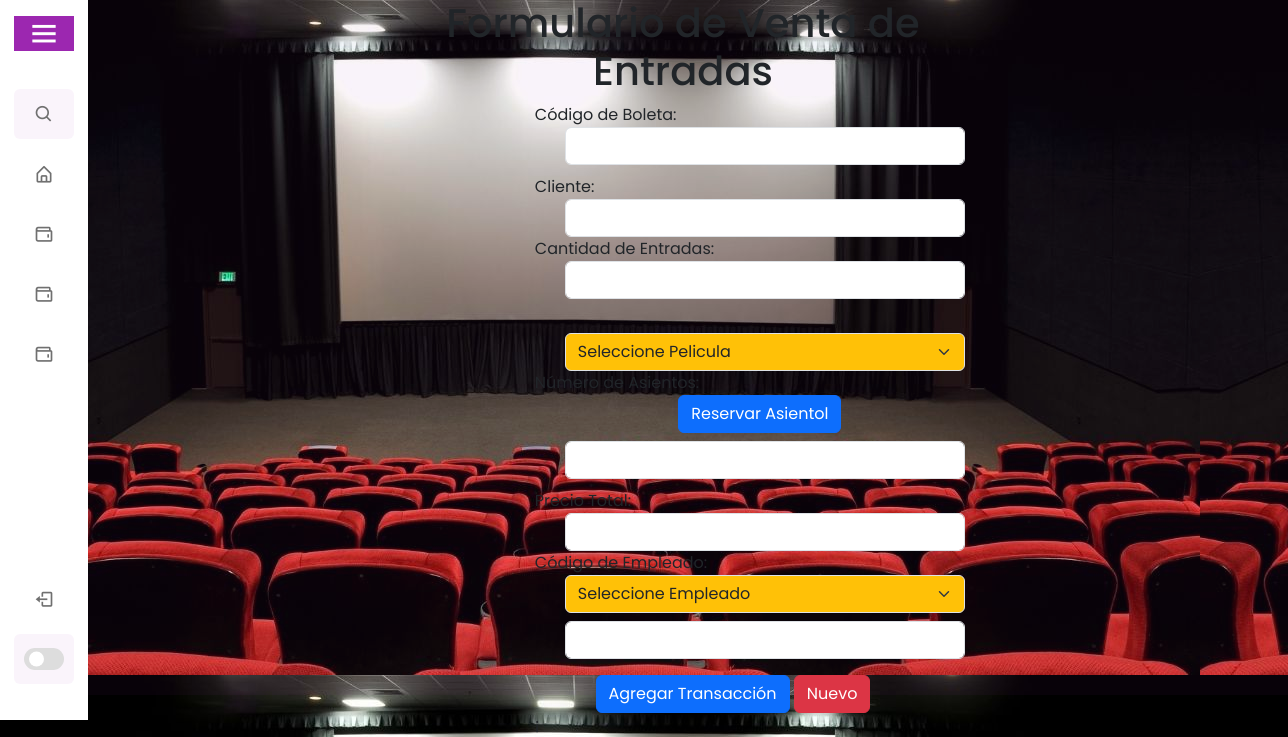
Repository: JersonRLP/ProyectoWebJSP
Page: http://localhost/CineHome/FrmRegistrarBoleta.jsp
An editor plug-in stored every save of this project. The page is shown before and after the next save, followed by the edit.
The browser window is 1280 px wide. The page is 1288 px wide, so the pictures cover 1288 px, including what lies to the right of the window. The pictures show the whole page.
The page is served by Tomcat 9. Other server files are loaded and not shown. The template is opened directly, without the code that normally fills it, so the values that code supplies are empty.

Above is the page before, as saved 2024-10-31 16:22:43.

### CineHome/WebContent/FrmRegistrarBoleta.jsp
<%@ include file="MenuPrincipal.jsp" %>
<%@ page language="java" contentType="text/html; charset=UTF-8"
    pageEncoding="UTF-8"%>
<%@taglib uri="http://java.sun.com/jsp/jstl/core"  prefix="c"%>
<!DOCTYPE html PUBLIC "-//W3C//DTD HTML 4.01 Transitional//EN" "http://www.w3.org/TR/html4/loose.dtd">
<html>
<head>
<meta http-equiv="Content-Type" content="text/html; charset=UTF-8">
<title>Insert title here</title>
<!-- para bootstrap 5 -->
	<link href="https://cdn.jsdelivr.net/npm/bootstrap@5.3.2/dist/css/bootstrap.min.css" rel="stylesheet">
    <script src="https://cdn.jsdelivr.net/npm/bootstrap@5.3.2/dist/js/bootstrap.bundle.min.js"></script>
    <script src="https://cdn.jsdelivr.net/npm/@popperjs/core@2.11.8/dist/umd/popper.min.js"></script>
    <script src="https://cdn.jsdelivr.net/npm/bootstrap@5.3.2/dist/js/bootstrap.min.js"></script>

    <script src="https://code.jquery.com/jquery-3.7.1.min.js"></script>
	<link href="Estilos/registrarboleta.css">
</head>

<body >
<section class="home" id="content">
  <div class="container" style ="width:43%; ">
    <h1 class="text-center mt-4">Formulario de Venta de Entradas</h1>
    <form action="ControladorBoleta" method="post" style="margin-left:100px;">
      <div class="row">
        <div class="form-group col-md-6" >
         <label for="codboleta">Código de Boleta:</label>
			<input type="text" class="form-control" id="codboleta" name="codboleta" value="${nuevoCodigoBoleta}" readonly required style="width:400px; margin-left:30px;">

        </div>

        <div class="form-group col-md-6">
          <label for="cliente">Cliente:</label>
          <input type="text" class="form-control" id="cliente" name="cliente" required	style="width:400px; margin-left:30px;">
        </div>
      </div>

      <div class="row">
        <div class="form-group col-md-6">
          <label for="cantentra">Cantidad de Entradas:</label>
          <input type="number" class="form-control" id="cantentra" name="cantentra" readonly required style="width:400px; margin-left:30px;">
        </div>

        <div class="form-group col-md-6 mt-4">

          <select name="idpelicula" class="form-select bg-warning" style="width:400px; margin-left:30px;">
			<option value="zz">Seleccione Pelicula</option>
			<c:forEach var="peli" items="${ListadoPeliculas}">
			<option value='<c:out value="${peli.idpelicula}"></c:out>'>
			<c:out value="${peli.nompelicula}"></c:out></option>
			</c:forEach>

			</select>
			<input type="hidden" name="nombrePelicula" value="">

        </div>
      </div>

      <div class="row">
        <div class="form-group col-md-6">
          <label for="nroasientos">Número de Asientos:</label>
          <div class="text-center" style="width: 450px;"><button type="button" class="btn btn-primary btnModal mb-2"   >Reservar Asientol</button></div>
          <input type="text" class="form-control" id="nroasientos" name="nroasientos" readonly required style="width:400px; margin-left:30px;">
        </div>

        <div class="form-group col-md-6">
          <label for="preciotot">Precio Total:</label>
          <input type="number" class="form-control" id="preciotot" name="preciotot" required style="width:400px; margin-left:30px;">
        </div>
      </div>

      <div class="form-group col-md-6">
        <label for="codigoemp">Código de Empleado:</label>

         <select name="codigoemp" class="form-select bg-warning" id="codigoemp" required style="width:400px; margin-left:30px;">
			<option value="zz">Seleccione Empleado</option>
			<c:forEach var="emp" items="${ListadoEmpleados}">
			<option value='<c:out value="${emp.codigoemp}"></c:out>'>
			<c:out value="${emp.nomemp}"></c:out></option>
			</c:forEach>

			</select>
      </div>
      <div class= "mt-2" style="width :200px;">
      <input type="text" class="form-control" name ="idemp" readonly style="width:400px; margin-left:30px;">
      </div>
	<div class="text-center	">

      <button type="submit" class="btn btn-primary mt-3">Agregar Transacción</button>
      <a href="ControladorPelicula?action=ListadoPelicula" class="btn btn-danger mt-3">Nuevo</a>


    </div>

<div class="modal fade" id="eliminarModal" tabindex="-1" aria-labelledby="eliminarModalLabel" aria-hidden="true">
    <div class="modal-dialog modal-lg">
        <div class="modal-content custom-modal" >
            <div class="modal-header" >
                <link rel="stylesheet" href="Estilos/cine.css">
                <script src="js/cine.js"></script>
                <button type="button" class="btn-close" data-bs-dismiss="modal" aria-label="Close"></button>
            </div>
            <div class="cinema-container" id="cinema-container" >
                <!-- Filas y asientos se generarán dinámicamente aquí -->
            </div>

            <div id="selected-seat-info" class="custom-seat-info"></div>

            <div>
                <button id="reserve-button" onclick="showReservedSeats()" class="custom-reserve-button">Mostrar Asientos Reservados</button>
            </div>
        </div>
    </div>
</div>

    <script>
		$(document).ready(function(){
			$('.btnModal').on('click',function(){
				$('#eliminarModal').modal('show');

				//console.log(data);

			})
		});




	</script>


¡
<script>
  function ObtenerCodigoSelect() {
    var select = document.getElementsByName("codigoemp")[0];
    var hiddenInput = document.getElementsByName("idemp")[0];

    var selectedOption = select.options[select.selectedIndex];
    if (selectedOption.value !== "zz") {
      hiddenInput.value = selectedOption.value; // Cambiado a selectedOption.value
    } else {
      hiddenInput.value = "";
    }
  }

  // Asociar el evento "change" del select con la función de actualización
  document.getElementsByName("codigoemp")[0].addEventListener("change", ObtenerCodigoSelect);
</script>



    <script>

function actualizarNombrePelicula() {
  var select = document.getElementsByName("idpelicula")[0];
  var hiddenInput = document.getElementsByName("nombrePelicula")[0];

  var selectedOption = select.options[select.selectedIndex];
  if (selectedOption.value !== "zz") {
    hiddenInput.value = selectedOption.innerText;
  } else {
    hiddenInput.value = "";
  }
}

// Asociar el evento "change" del select con la función de actualización
document.getElementsByName("idpelicula")[0].addEventListener("change", actualizarNombrePelicula);
</script>

    </form>
  </div>
  </section>
</body>
</html>

### CineHome/WebContent/MenuPrincipal.jsp
<%@ page language="java" contentType="text/html; charset=UTF-8"
    pageEncoding="UTF-8"%>
<!DOCTYPE html>
<html>
<head>
<meta http-equiv="Content-Type" content="text/html; charset=ISO-8859-1">
<title>Cine Home</title>

<link rel="stylesheet" href="Estilos/EstilosMenu.css">
<link href='https://unpkg.com/boxicons@2.1.4/css/boxicons.min.css' rel='stylesheet'>

</head>

<body>

<nav class="sidebar close">

<header>

<div class="text logo">

<span class="name">MENU</span>


</div>
<i class="bx bx-menu toggle"></i>


</header>


<div class="menu-bar">

<div class="menu">

	<li class="search-box">
	<i class="bx bx-search icon"></i>
	<input type="text" placeholder="Buscar...">

	</li>

	<ul class="menu-links">
		<li class="nav">
		<a href="ControladorPelicula?action=ListadoPelicula">
			<i class="bx bx-home-alt icon"></i>
			<span class="text nav-text">Venta de Entrada</span>
		</a>
		</li>
		<li >
		<a href="ControladorPelicula?action=Listar" class="nav">
			<i class="bx bx-wallet icon"></i>
			<span class="text nav-text">Peliculas</span>
		</a>
		</li>
		<li>
		<a href="ControladorDetalleBoleta?accion=Listado">
			<i class="bx bx-wallet icon"></i>
			<span class="text nav-text">Reportes</span>
		</a>
		</li>
		<li class="nav">

		<a href="#" id="mantenimiento-link" onclick="toggleSubMenu()">
			<i class="bx bx-wallet icon"></i>
			<span class="text nav-text">Mantenimiento</span>
			<i class='bx bx-chevron-down arrow'></i>
		</a>


		<ul class="sub-menu" id="sub-menu">
		<li class="nav"><a href="ControladorEmpleado?accion=NuevoEmp" class="menu-link">
			<span class="text nav-text">Empleados</span>
		</a>
		</li>
		<li class="nav"><a href="ControladorUsuario?accion=Listado" class="menu-link">
		<span class="text nav-text">Login</span>
		</a>
		</li>
		<li class="nav"><a href="FrmRegistrarPelicula.jsp"  class="menu-link">
		<span class="text nav-text">Peliculas</span>
		</a>
		</li>
		</ul >

		</li>
	</ul>

</div>

<div class="botton-content">
<li class="">
<a href="#">
	<i class="bx bx-log-out icon"></i>
	<span class="text nav-text">Salir</span>
</a>
</li>

<li class="mode">
	<div class="sun-moon">
	<i class="bx bx-moon icon"></i>
	<i class="bx bx-sun icon"></i>
	</div>
	<span class="mode-text text">Modo Oscuro</span>
	<div class="toggle-switch">
	<span class="switch"></span>
	</div>
</li>

</div>


</div>



</nav>

<script src="js/codigo.js"></script>


</body>

</html>

### CineHome/WebContent/Estilos/EstilosMenu.css
@import url('https://fonts.googleapis.com/css2?family=Poppins:wght@300;400;500;600;700&display=swap');
*{
	margin:0;
	padding:0;
	box-sizing: border-box;

	font-family: 'Poppins', sans-serif;

}

:root{
	--body-color:#9B27B00D;
	--sidebar-color:#FFFFFF;
	--primary-color:#9C27B0;
	--primary-color-light:#9B27B00D;
	--toggle-color:#DDDDDD;
	--text-color:#707070;

	--tran-03:all 0.2s ease;
	--tran-04:all 0.3s ease;
	--tran-05:all 0.4s ease;
}

body{
	min-height:100vh;
	background-color:var(--body-color);
	transition:var(--tran-05);

}

::selection{
	background-color:var(--primary-color);
	color: #FFFFFF;
}
body.dark{
	--body-color:#18191A;
	--sidebar-color:#242526;
	--primary-color-light:#3A3B3C;
	--toggle-color:#FFFFFF;
	--text-color:#CCCCCC;

}

.sidebar {
	position: fixed;
	top:0;
	left:0;
	height:100%;
	width: 250px;
	padding: 10px 14px;
	background:var(--sidebar-color);
	transition:var(--tran-05);
	z-index:100;
}

.sidebar.close{
	width:88px;
}

.sidebar li{
	height:50px;
	list-style: none;
	display: flex;
	align-items:center;
	margin-top:10px;

}


.sidebar header .image,
.sidebar .icon{
	min-width:60px;
	border-radius:6px;

}

.sidebar .icon{
	min-width:60px;
	border-radius:6px;
	height:100%;
	display:flex;
	align-items:center;
	justify-content:center;
	font-size:20px;
}

.sidebar .text,
.sidebar .icon {
	color: var(--text-color);
	transition:var(--tran-03);
}

.sidebar .text{
	font-size:17px;
	font-weight: 500;
	white-space:nowrap;
	opacity: 1;

}

.sidebar.close .text{
	opacity:0;
}

.sidebar header{
	position: relative;
}

.sidebar header .logo{
	display:flex;
	flex-direction:column;


}
.name{
	margin-top: 2px;
	font-size: 18px;
	font-weight:600;

}
.sidebar header .image {
	display:flex;
	align-items:center;
	justify-content: center;
}
.sidebar header .image img{
	width:40px;
	border-radius:6px;
}

.sidebar header .toggle{
	position : absolute;
	top: 20%;
	right: 0px;
	height: 35px;
	width :35px;
	background-color: var(--primary-color);
	color : var(--sidebar-color);
	display:flex;
	align-items:center;
	justify-content:center;
	font-size:35px;
	cursor:pointer;
	transition: var(--tran-05);

}

body.dark .sidebar header .toggle{
	color: var(--text-color);

}

.sidebar.close .toggle{
	width:100%;
	top:20%;

}

.sidebar .menu{
	margin-top:40px;
}

.sidebar li.search-box{
	border-radius:6px;
	background-color:var(--primary-color-light);
	cursor:pointer;
	transition:var(--tran-05);
}

sidebar li.search-box input{
	height:100%;
	width:100%;
	outline:none;
	border:none;
	background-color:var(--primary-color-light);
	color:var(--text-color);
	border-radius:6px;
	font-size:17px;
	font-weight:500;
	transition:var(--tran-05);
}

.sidebar li a{
	list-style:none;
	height:100%;
	background-color:transparent;
	display:flex;
	align-items: center;
	height:100%;
	width: 100%;
	border-radius:6px;
	text-decoration:none;
	transition:  var(--tran-03);
}

.sidebar li a:hover{
	background-color:var(--primary-color);
}

.sidebar li a:hover .icon,
.sidebar li a:hover .text{
	color: var(--sidebar-color);
}

body.dark .sidebar li a:hover .icon,
body.dark .sidebar li a:hover .text{
	color: var(--text-color);
}


.sidebar .menu-bar{
	height:calc(100% - 55px);
	display:flex;
	flex-direction: column;
	justify-content:space-between;
	overflow-y:scroll;

}

.menu-bar::-webkit-scrollbar{
	display:none;
}

.sidebar .menu-bar .mode{
	border-radius:6px;
	background-color:var(--primary-color-light);
	position:relative;
	transition:var(--tran-05);

}

.menu-bar .mode .sun-moon{
	height:50px;
	width:60px;

}


.mode .sun-moon i {
	position:absolite;
}
.mode .sun-moon i.sun{
	opacity:0;

}

body.dark .mode .sun-moon i.sun{
	opacity:1;
}

body.dark .mode .sun-moon i.moon{
	opacity:0;
}

.menu-bar .botton-content .toggle-switch{
	position:absolute;
	right:0;
	height: 100%;
	min-width:60px;
	display:flex;
	align-items:center;
	justify-content:center;
	border-radius:6px;
	cursor:pointer;
}

.toggle-switch .switch{
	position: relative;
	height:22px;
	width:40px;
	border-radius:25px;
	background-color:var(--toggle-color);
	transition:var(--tran-05);

}

.switch::before{
	content:'';
	position:absolute;
	height:15px;
	width:15px;
	border-radius: 50%;
	top:50%;
	left:5px;
	transform: translateY(-50%);
	background-color:var(--sidebar-color);
	transition:var(--tran-04);
}

body.dark .switch::before{
	left:20px;

}

.home{
	position: absolute;
	margin-bottom: 50px;
	left: 250px;
	height: 100vh;
	width: calc(100% - 250px);
	background-color: var(--body-color);
	transition:var(--tran-05);
}
.home .text{
	font-size: 30px;
	font-weight:500;
	color:var(--text-color);
	padding:12px 60px;
}

.sidebar.close ~.home{
	left:78px;
	height: 100vh;
	width: calc(100% - 70px);
}

body.dark .home .text{
	color:var(--text-color);
}




.menu-links {
  list-style: none;
  padding: 0;
  margin: 0;
}

.nav {
  position: relative;
}

.sub-menu {
  display: none;
  list-style: none;
  padding: 0;
  margin: 0;
  position: absolute;
  top: 100%;
  left: 0;
  padding: 10px;
  border-radius: 4px;
  box-shadow: 0 2px 5px rgba(0, 0, 0, 0.2);
  z-index: 1;
  opacity: 0;
  transition: opacity 0.3s ease, height 0.3s ease; /* Agregado */
  height: 0; /* Agregado */
  overflow: hidden; /* Agregado */
}

.sub-menu.show {
  display: block;
  opacity: 1;
  height: auto;


}

.sub-menu.show li{

	height:auto;
	width:200px;
	line-height: 40px;

}



.sub-menu li {
  position: relative;
  list-style: none;
  transition: all 0.4s ease;


}

.sub-menu a {
  display: block;
  padding: 5px 10px;
  text-decoration: none;

}

.nav:hover .sub-menu {
  display: block;
}

### CineHome/WebContent/js/codigo.js

const body = document.querySelector('body'),
	  sidebar = body.querySelector('nav'),
	  toggle= body.querySelector(".toggle"),
	  searchBtn = body.querySelector(".search-box"),
	  modeSwitch = body.querySelector(".toggle-switch"),
	  modeText = body.querySelector(".mode-text");

// para listar el sub-menu
const mantenimientoLink = document.getElementById('mantenimiento-link');
const subMenu = document.querySelector('.sub-menu');




function toggleSubMenu() {
	  var subMenu = document.getElementById("sub-menu");
	  subMenu.classList.toggle("show");
	}




toggle.addEventListener("click",() =>{
	sidebar.classList.toggle("close");
});


searchBtn.addEventListener("click", () => {
	sidebar.classList.remove("close");
});

modeSwitch.addEventListener("click", () => {
	body.classList.toggle("dark");
	if(body.classList.contains("dark")){
		modeText.innerText = "Light mode"
	}else{
		modeText.innerText="Dark mode"
	}
});

### CineHome/WebContent/Estilos/cine.css
   body {
            font-family: Arial, sans-serif;
             background-image: url('imagenes/fondocine.jpg');
            margin: 0;
            padding: 20px;
            display: flex;
            align-items: center;
            justify-content: center;
            flex-direction: column;
            height: 100vh;
        }

        .cinema-container {
            display: flex;
            flex-direction: column;
            gap: 20px;
            max-width: 600px;
        }

        .row {
            display: flex;
            gap: 10px;
        }

        .seat {
            width: 40px;
            height: 40px;
            background-color: #bdc3c7;
            cursor: pointer;
            border-radius: 5px;
            display: flex;
            align-items: center;
            justify-content: center;
            font-size: 14px;
            font-weight: bold;
            transition: background-color 0.3s ease;
        }

        .seat.selected {
            background-color: #3498db;
        }

        #selected-seat-info {
            margin-top: 20px;
        }

        #reserve-button {
            margin-top: 20px;
            padding: 10px;
            font-size: 16px;
            cursor: pointer;
        }

### CineHome/WebContent/js/cine.js
// Función para crear un asiento
function createSeat(row, seatNumber) {
    const seat = document.createElement("div");
    seat.classList.add("seat");
    seat.dataset.row = row;
    seat.dataset.seatNumber = seatNumber;

    const seatLetter = String.fromCharCode(65 + row); // Convertir el número de fila a letra (A, B, C, ...)
    seat.textContent = `${seatLetter}${seatNumber}`; // Sin espacio entre la letra y el número

    seat.addEventListener("click", () => toggleSeat(seat));

    return seat;
}

// Función para inicializar el cine
function initializeCinema() {
    const rows = 6; // Número de filas
    const seatsPerRow = 10; // Número de asientos por fila

    const cinemaContainer = document.getElementById("cinema-container");

    for (let i = 0; i < rows; i++) {
        const rowContainer = document.createElement("div");
        rowContainer.classList.add("row");

        for (let j = 1; j <= seatsPerRow; j++) {
            const seat = createSeat(i, j);
            rowContainer.appendChild(seat);
        }

        cinemaContainer.appendChild(rowContainer);
    }
}

const selectedSeats = [];

//Función para alternar el estado del asiento (seleccionado o no)
function toggleSeat(seat) {
 seat.classList.toggle("selected");

 const selectedSeatInfo = document.getElementById("selected-seat-info");
 const row = seat.dataset.row;
 const seatNumber = seat.dataset.seatNumber;
 const seatInfo = `${String.fromCharCode(65 + parseInt(row))} - ${seatNumber}`;

 if (seat.classList.contains("selected")) {
     selectedSeats.push(seatInfo);
 } else {
     const index = selectedSeats.indexOf(seatInfo);
     if (index !== -1) {
         selectedSeats.splice(index, 1);
     }
 }

 // Asignar el texto, cambiar el color y agregar un borde
 selectedSeatInfo.textContent = `Has seleccionado ${selectedSeats.length} asientos:\n${selectedSeats.join(", ")}`;
 selectedSeatInfo.style.color = "white";
 selectedSeatInfo.style.border = "2px solid red";  // Puedes ajustar el ancho y el color del borde según tus preferencias

 // Actualizar el valor del input cantentra con la cantidad de asientos seleccionados
 updateCantentraInput(selectedSeats.length);
}

//Función para mostrar los asientos reservados
function showReservedSeats() {
 const reservedSeats = selectedSeats.join(", ");
 document.getElementById("nroasientos").value = reservedSeats;
 alert(`Has seleccionado ${selectedSeats.length} asientos:\n${reservedSeats}`);
}

//Función para actualizar el valor del input cantentra
function updateCantentraInput(selectedSeatsCount) {
 document.getElementById("cantentra").value = selectedSeatsCount;
}

//Inicializar el cine cuando la página se carga
document.addEventListener("DOMContentLoaded", initializeCinema);

### CineHome/WebContent/Estilos/registrarboleta.css
form {
  background-color: #FBE802;
}
body {
  background-color: #F3F3F1;
}
label {
margin-left: 40px;
width:200px;
margin-top :2px;
}

.custom-modal {
    background-image: url('imagenes/fondocine.jpg');
    display: flex;
    align-items: center;
    justify-content: center;
    flex-direction: column;
    height: 100vh;
}

.custom-seat-info {
    margin-top: 20px;
    color: white;
}

.custom-reserve-button {
    margin-top: 20px;
    padding: 10px;
    font-size: 16px;
    cursor: pointer;
}
.seat {
    width: 40px; /* Ajusta el ancho según sea necesario */
    height: 40px; /* Ajusta la altura según sea necesario */
    background-color: #bdc3c7;
    cursor: pointer;
    border-radius: 5px;
    margin: 5px; /* Agregamos un pequeño margen entre los asientos para mejorar la apariencia */
    display: flex;
    align-items: center;
    justify-content: center;
    font-size: 12px; /* Ajusta el tamaño de la letra según sea necesario */
    font-weight: bold;
    transition: background-color 0.3s ease;
}

.row {
    display: flex;
    gap: 5px; /* Reducimos el espacio entre los asientos para mejorar la apariencia */
}

After the next save:
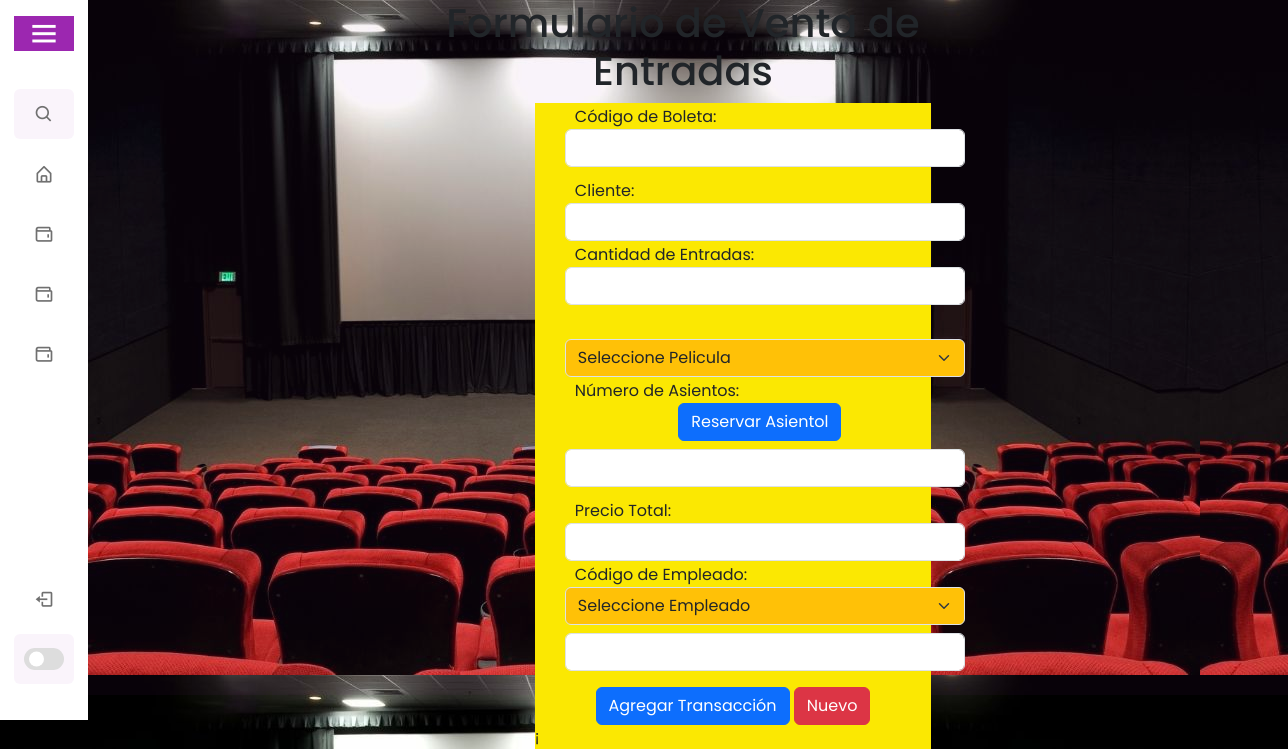
Saved 62 s later.
--- a/CineHome/WebContent/FrmRegistrarBoleta.jsp
+++ b/CineHome/WebContent/FrmRegistrarBoleta.jsp
@@ -14,7 +14,8 @@
     <script src="https://cdn.jsdelivr.net/npm/bootstrap@5.3.2/dist/js/bootstrap.min.js"></script>
 
     <script src="https://code.jquery.com/jquery-3.7.1.min.js"></script>
-	<link href="Estilos/registrarboleta.css">
+	<link rel="stylesheet" href="Estilos/registrarboleta.css">
+
 </head>
 
 <body >
